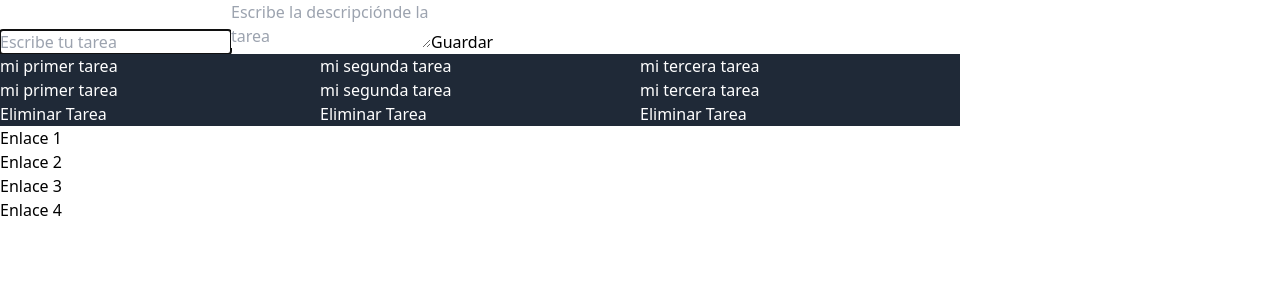
Repository: Ciromontes/AgendaTuTarea
Page: /
The author's editor kept a copy of each file at every save. The page is drawn from the files as they stood at one save, then again after the next save.
The browser window is 1280 px wide. The pictures show the whole page.
The project was rebuilt for these pictures with package versions that can differ from the ones it lists, and the page was loaded fresh each time. Also part of the build but not shown: vite.config.js.

Above is the page before, as saved 2023-09-19 06:06:33.

After the next save:
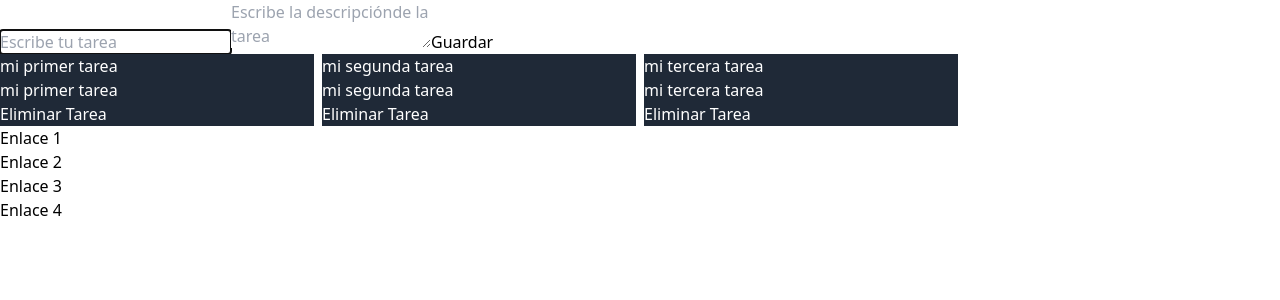
Saved 41 min 50 s later.
--- a/src/components/TaskList.jsx
+++ b/src/components/TaskList.jsx
@@ -11,7 +11,7 @@ function TaskList() {
 
 
   return (
-    <div className="grid grid-cols-4">
+    <div className="grid grid-cols-4 gap-2">
       {tasks.map((task) => (
         <TaskCard key={task.id} task={task} />
       ))}
